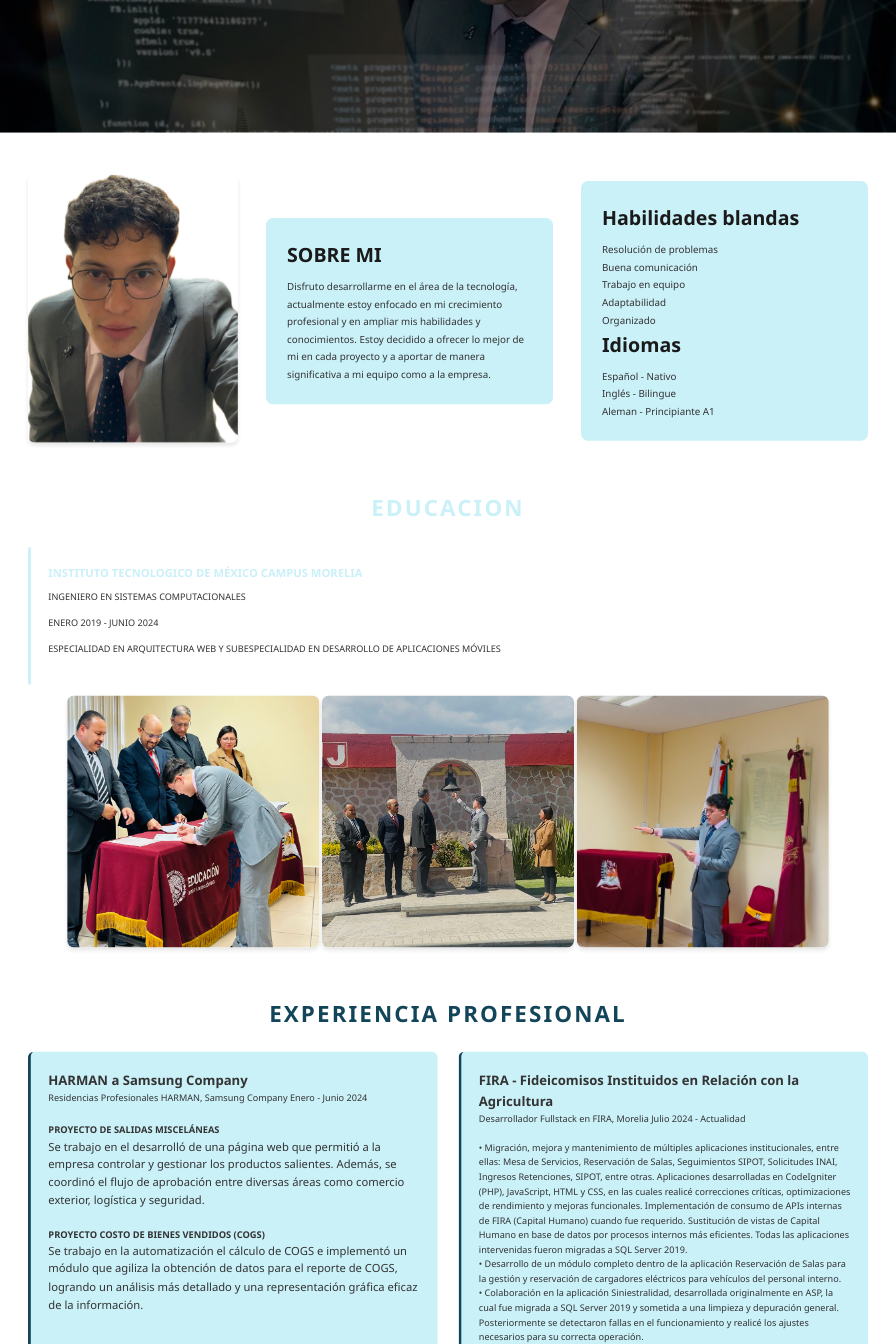
Repository: rafaelsilva2k/mi-portafolio
Page: index.html
The author's editor kept a copy of each file at every save. The page is drawn from the files as they stood at one save, then again after a run of saves.
The browser window is 1280 px wide. The pictures show the part of the page from y = 411 to 2331 px (the page is 3193 px tall before and 3561 px after), at 70% of full size.

Above is the page before, as saved 2026-04-17 13:48:44.

After the next 2 saves:
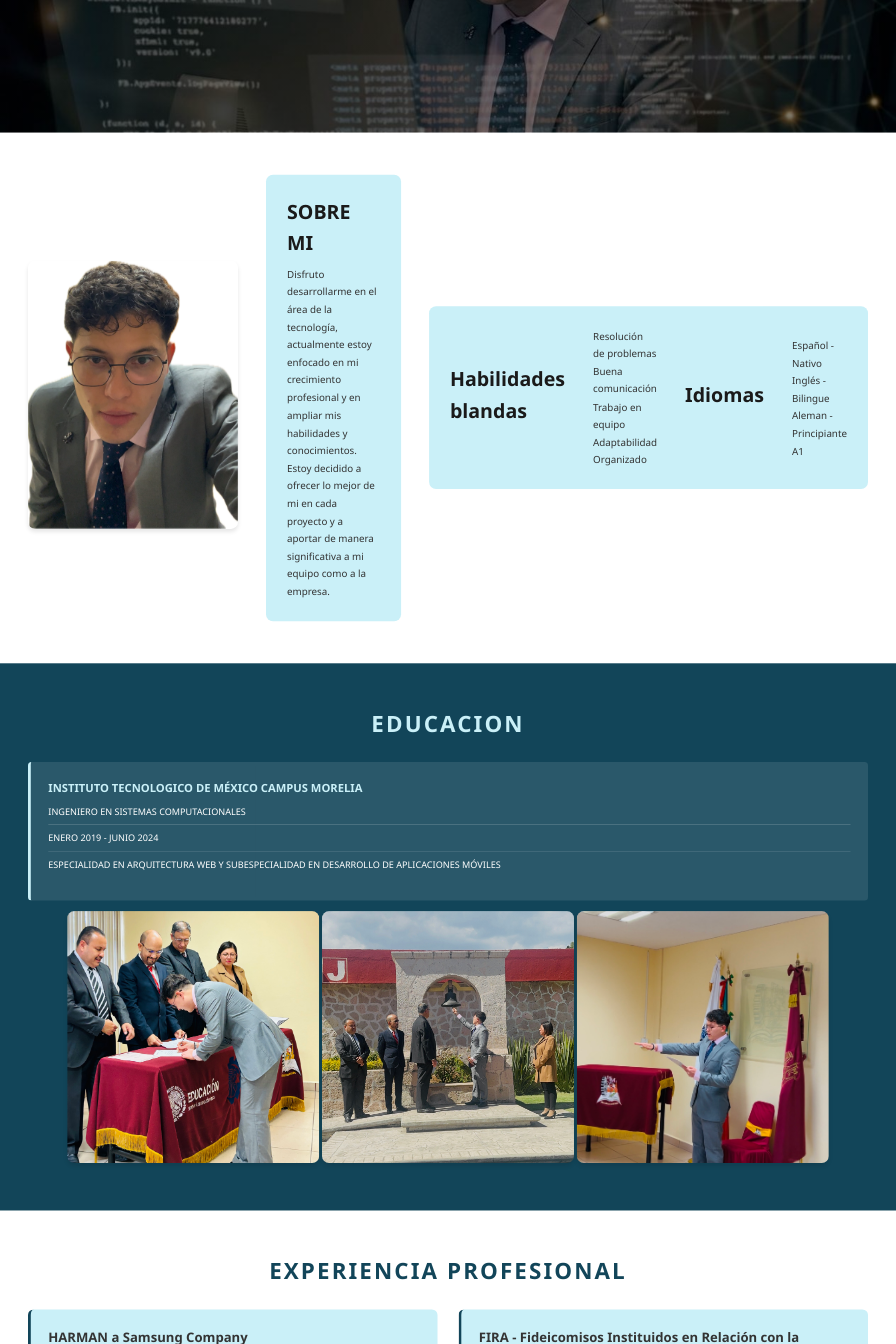
The 2 saves are shown as one change because they came seconds apart.
The last was saved 5 s later.
--- a/styles.css
+++ b/styles.css
@@ -159,7 +159,15 @@ body {
     color: var(--color-text);
 }
 
-.sobre-mi-h
+.sobre-mi-habilidades {
+    max-width: 1200px;
+    margin: 0 auto;
+
+    /* FLEXBOX: Alinea foto a la izquierda y texto a la derecha */
+    display: flex;
+    gap: 40px;
+    align-items: center;
+}
 
 
 /* ============================================
